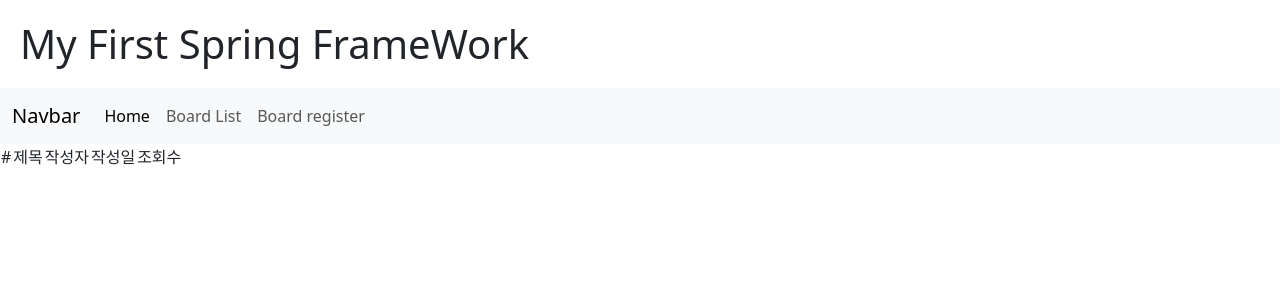
Repository: Leesunghoon1/springh
Page: http://localhost/springProject/WEB-INF/views/board/list.jsp
The author's editor kept a copy of each file at every save. The page is drawn from the files as they stood at one save, then again after the next save.
The browser window is 1280 px wide. The pictures show the whole page.
The page is served by Tomcat 9. Nobody is signed in. Other server files are loaded and not shown. The template is opened directly, without the code that normally fills it, so the values that code supplies are empty.

Above is the page before, as saved 2023-11-01 04:57:25.

### springProject/src/main/webapp/WEB-INF/views/board/list.jsp
<%@ page language="java" contentType="text/html; charset=UTF-8"
    pageEncoding="UTF-8"%>
   <%@ taglib uri ="http://java.sun.com/jsp/jstl/core" prefix="c" %>
<!DOCTYPE html>
<html>
<head>
<meta charset="UTF-8">
<title>Insert title here</title>
</head>
<body>
<jsp:include page="../common/header.jsp"/>
<jsp:include page="../common/nav.jsp"/>

<table>
<tr>
<td>#</td>
<td>제목</td>
<td>작성자</td>
<td>작성일</td>
<td>조회수</td>
</tr>

<tbody>
<c:forEach items="${list }" var="bvo">
<tr>
<td>${bvo.bno }</td>
<td>${bvo.writer }</td>
<td>${bvo.modAt }</td>
<td>${bvo.readCount }</td>

</tr>
</c:forEach>

</tbody>


</tablE>

<jsp:include page="../common/footer.jsp"/>
</body>
</html>

### springProject/src/main/webapp/WEB-INF/views/common/header.jsp
<%@ page language="java" contentType="text/html; charset=UTF-8"
    pageEncoding="UTF-8"%>
    <%@ taglib uri="http://java.sun.com/jsp/jstl/core" prefix="c"%>
<!DOCTYPE html>
<html>
<head>
<meta charset="UTF-8">
<title>Insert title here</title>
<link href="https://cdn.jsdelivr.net/npm/bootstrap@5.3.1/dist/css/bootstrap.min.css" rel="stylesheet" integrity="sha384-4bw+/aepP/YC94hEpVNVgiZdgIC5+VKNBQNGCHeKRQN+PtmoHDEXuppvnDJzQIu9" crossorigin="anonymous">
<script src="https://cdn.jsdelivr.net/npm/bootstrap@5.3.1/dist/js/bootstrap.bundle.min.js" integrity="sha384-HwwvtgBNo3bZJJLYd8oVXjrBZt8cqVSpeBNS5n7C8IVInixGAoxmnlMuBnhbgrkm" crossorigin="anonymous"></script>
<style type="text/css">

h1, p {
	margin: 20px
}

</style>
</head>
<body>
<h1>My First Spring FrameWork</h1>
</body>
</html>

### springProject/src/main/webapp/WEB-INF/views/common/nav.jsp
<%@ page language="java" contentType="text/html; charset=UTF-8"
    pageEncoding="UTF-8"%>
    <%@ taglib uri="http://java.sun.com/jsp/jstl/core" prefix="c"%>
<!DOCTYPE html>
<html>
<head>
<meta charset="UTF-8">
<title>Insert title here</title>
</head>
<body>
<header>

<nav class="navbar navbar-expand-lg bg-body-tertiary">
  <div class="container-fluid">
    <a class="navbar-brand" href="#">Navbar</a>

    <button class="navbar-toggler" type="button" data-bs-toggle="collapse" data-bs-target="#navbarSupportedContent" aria-controls="navbarSupportedContent" aria-expanded="false" aria-label="Toggle navigation">
      <span class="navbar-toggler-icon"></span>
    </button>

    <div class="collapse navbar-collapse" id="navbarSupportedContent">
      <ul class="navbar-nav me-auto mb-2 mb-lg-0">

        <li class="nav-item">
          <a class="nav-link active" aria-current="page" href="/">Home</a>
        </li>

        <li class="nav-item">
          <a class="nav-link" href="/board/list">Board List</a>
        </li>

        <li class="nav-item">
          <a class="nav-link" href="/board/register">Board register</a>
        </li>
    </ul>
    </div>
  </div>
</nav>



</header>
</body>
</html>

Loaded but not shown: springProject/src/main/webapp/WEB-INF/views/common/footer.jsp (common file)

After the next save:
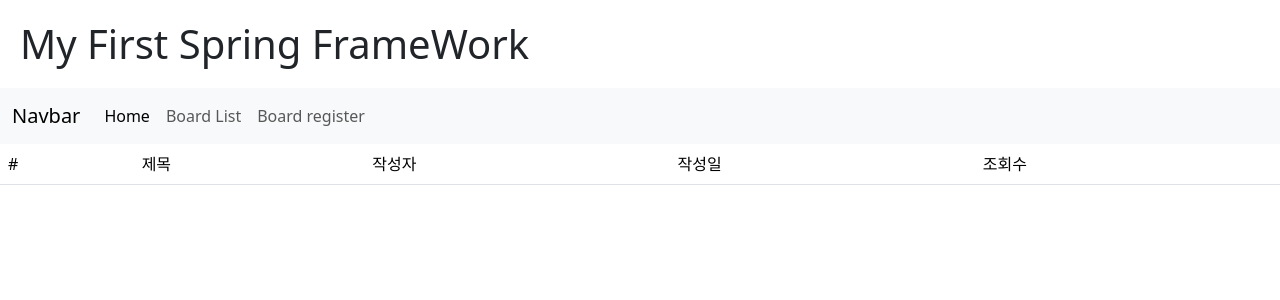
Saved 36 s later.
--- a/springProject/src/main/webapp/WEB-INF/views/board/list.jsp
+++ b/springProject/src/main/webapp/WEB-INF/views/board/list.jsp
@@ -11,7 +11,7 @@
 <jsp:include page="../common/header.jsp"/>
 <jsp:include page="../common/nav.jsp"/>
 
-<table>
+<table class="table table=hover">
 <tr>
 <td>#</td>
 <td>제목</td>
